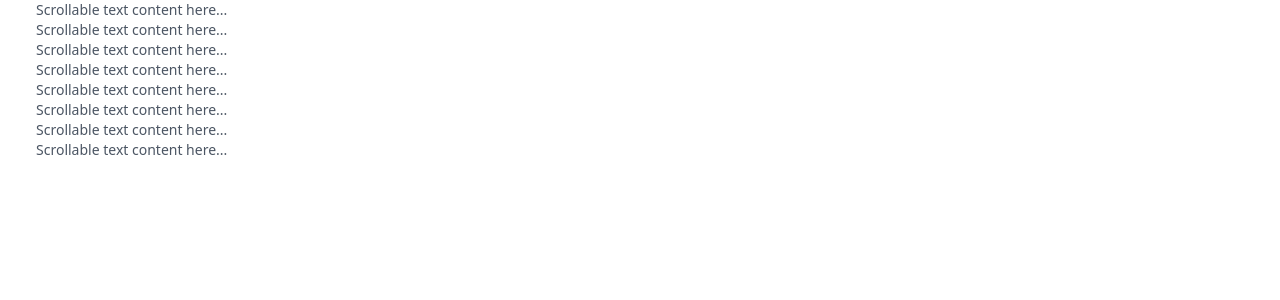
Repository: trusha97/postpilot
Page: scroll.html
These files come from the project's save history. The page is drawn as it stood at one moment and after the next save; the edit follows.
The browser window is 1280 px wide. The pictures show the whole page.
Some web libraries are served in a nearby version.

Above is the page before, as saved 2025-05-19 10:31:41.

### scroll.html
<!DOCTYPE html>
<html lang="en">
<head>
  <meta charset="UTF-8" />
  <meta name="viewport" content="width=device-width, initial-scale=1.0"/>
  <title>Custom Left Scroll</title>
  <script src="https://cdn.tailwindcss.com"></script>
  <style>
    /* Left side custom scrollbar */
    .left-scroll::-webkit-scrollbar {
      width: 6px;
    }

    .left-scroll::-webkit-scrollbar-track {
      background: #A0CDCD;
    }

    .left-scroll::-webkit-scrollbar-thumb {
      background-color: #2E2F35;
      border-radius: 10px;
    }

    .left-scroll {
      direction: rtl;
    }

    .left-scroll > * {
      direction: ltr;
    }
  </style>
</head>
<body>

  <div class="flex space-x-4 h-40">
    <div class="overflow-y-auto h-full flex w-full left-scroll ">
      <div class="text-sm text-gray-600 pr-2 w-full ms-9">
        Scrollable text content here... <br />
        Scrollable text content here... <br />
        Scrollable text content here... <br />
        Scrollable text content here... <br />
        Scrollable text content here... <br />
        Scrollable text content here... <br />
        Scrollable text content here... <br />
        Scrollable text content here... <br />
        Scrollable text content here... <br />
        Scrollable text content here... <br />
        Scrollable text content here... <br />

      </div>
    </div>
  </div>

</body>
</html>

After the next save:
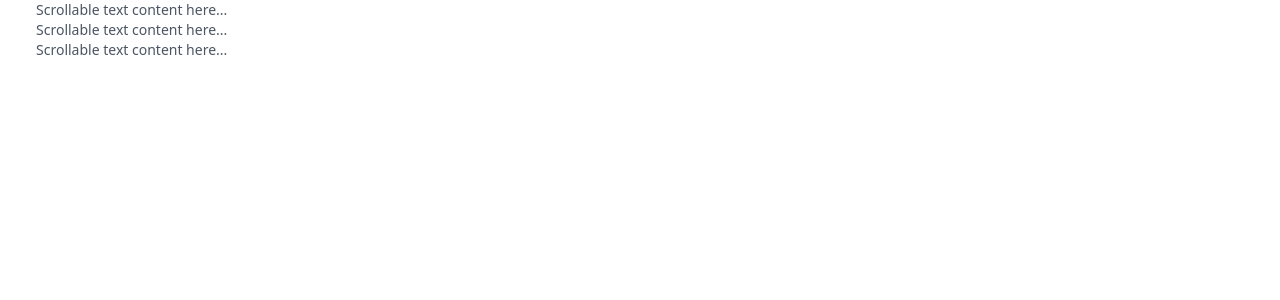
Saved 15 s later.
--- a/scroll.html
+++ b/scroll.html
@@ -37,14 +37,7 @@
         Scrollable text content here... <br />
         Scrollable text content here... <br />
         Scrollable text content here... <br />
-        Scrollable text content here... <br />
-        Scrollable text content here... <br />
-        Scrollable text content here... <br />
-        Scrollable text content here... <br />
-        Scrollable text content here... <br />
-        Scrollable text content here... <br />
-        Scrollable text content here... <br />
-        Scrollable text content here... <br />
+
 
       </div>
     </div>

After the save that followed:
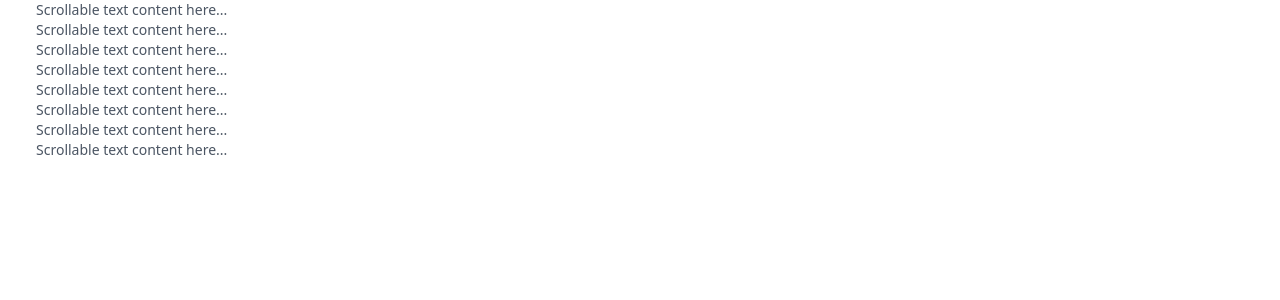
Saved 6 s later.
--- a/scroll.html
+++ b/scroll.html
@@ -37,7 +37,14 @@
         Scrollable text content here... <br />
         Scrollable text content here... <br />
         Scrollable text content here... <br />
-
+        Scrollable text content here... <br />
+        Scrollable text content here... <br />
+        Scrollable text content here... <br />
+        Scrollable text content here... <br />
+        Scrollable text content here... <br />
+        Scrollable text content here... <br />
+        Scrollable text content here... <br />
+        Scrollable text content here... <br />
 
       </div>
     </div>
